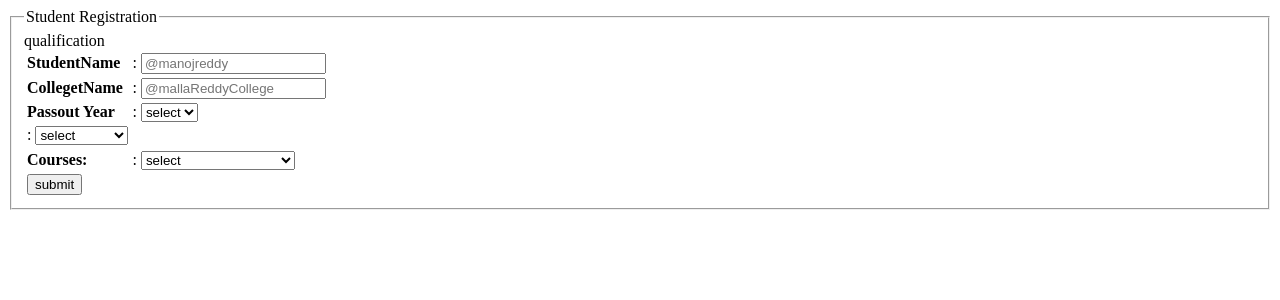
Repository: JanapatlaManojReddy/java
Page: http://localhost/institutionProject/StudentRegistration.jsp
The author's editor kept a copy of each file at every save. The page is drawn from the files as they stood at one save, then again after the next save.
The browser window is 1280 px wide. The pictures show the whole page.
The page is served by Tomcat 9.

Above is the page before, as saved 2023-08-19 15:16:24.

After the next save:
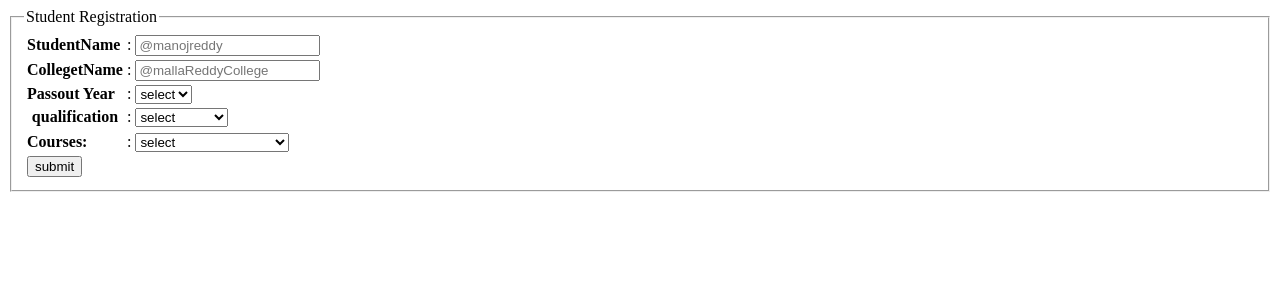
Saved 46 s later.
--- a/institutionProject/src/main/webapp/StudentRegistration.jsp
+++ b/institutionProject/src/main/webapp/StudentRegistration.jsp
@@ -51,20 +51,20 @@
 </tr>
 
 <tr>
-
+<th>
 <lable for="stream" >qualification</lable>
 </th>
 <td>:
 <select id ="stream" name="stream" >
 <option value="select" selected>select</option>
-<optgroup lable="Btech">Btech
+<optgroup lable="Btech">
 <option value ="EEE">EEE</option>
 <option value ="ECE">ECE</option>
 <option value ="CSE">CSE</option>
 <option value ="CIVIL">CIVIL</option>
 <option value ="MECH">MECH</option>
 <option value ="OTHERS">OTHERS</option></optgroup>
-<optgroup lable="degree">degree
+<optgroup lable="degree">
 <option value ="BSC">BSC</option>
 <option value ="MPCS">MPCS</option>
 <option value ="BCOM">BCOM</option>
